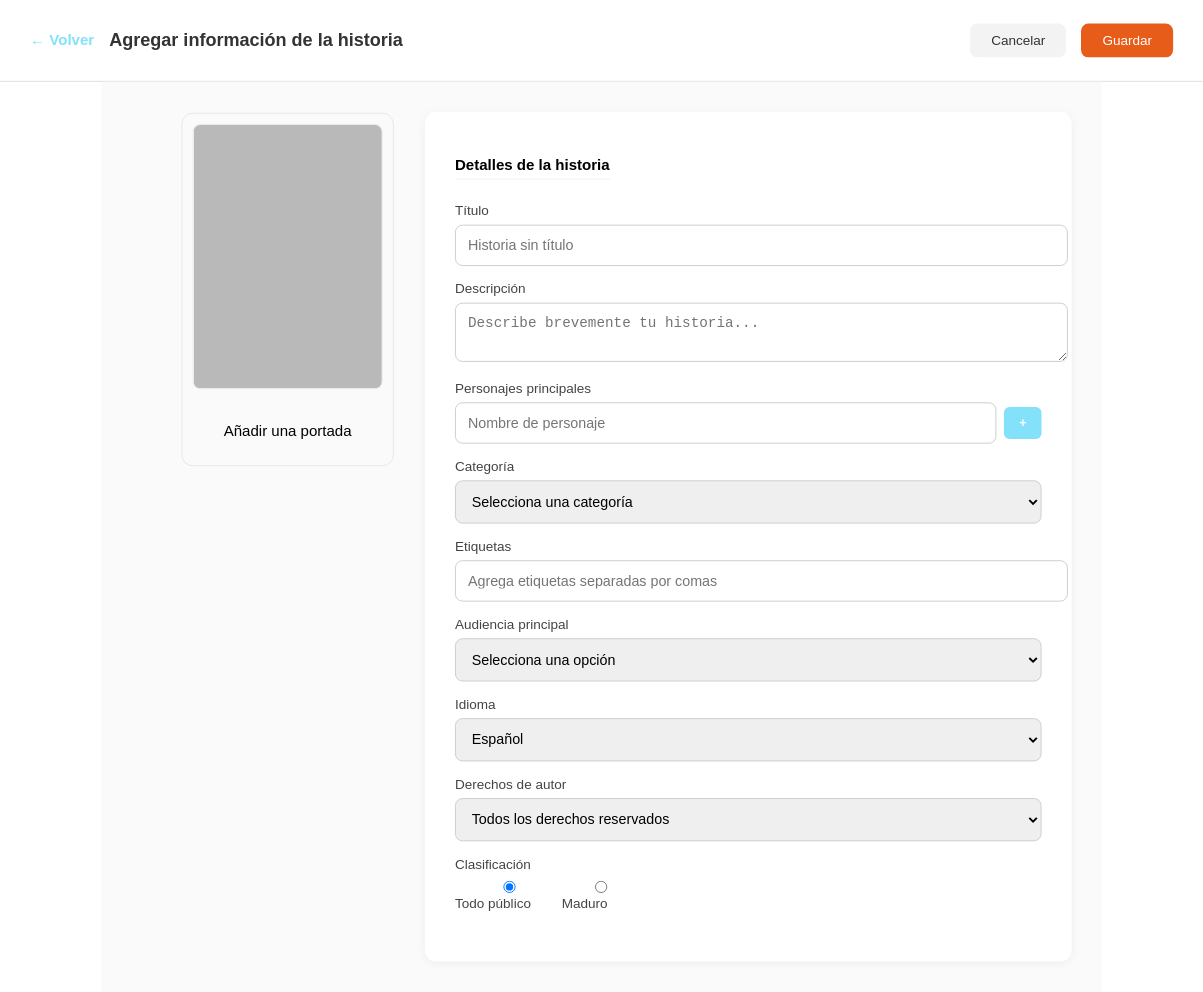
Repository: Mellowdarkl/willpig_studio
Page: .env/html_backup/indexCreti.html
These files come from the project's save history. The page is drawn as it stood at one moment and after the next save; the edit follows.
The browser window is 1280 px wide. The pictures show the whole page, at 94% of full size.
The pointer rests on the first visible `.btn-savever`.
Pictures or frames that could not be fetched are drawn as grey boxes.

Above is the page before, as saved 2025-11-11 13:24:40.

### .env/html_backup/indexCreti.html
<!DOCTYPE html>
<html lang="es">
<head>
  <meta charset="UTF-8" />
  <meta name="viewport" content="width=device-width, initial-scale=1.0" />
  <title>Crear historia | Willpig Studio</title>
  <link rel="stylesheet" href="style1.2.css" />
  <link rel="icon" type="image/x-icon" href="/public/img/img.ico/logo.ico" />
</head>
<body>

  <!-- 🧭 Barra superior -->
  <header class="story-header">
    <div class="header-left">
      <a href="/" class="back-link">← Volver</a>
      <h2>Agregar información de la historia</h2>
    </div>

    <div class="header-actions">
      <button class="btn-canceler">Cancelar</button>
      <button class="btn-savever">Guardar</button>
    </div>
  </header>

  <!--  Contenedor principal -->
  <main class="new-storys">
    <!--  Lado izquierdo: portada -->
    <div class="story-cover">

    <div class="story-cover">
      <label for="portada" class="cover-box">
        <img src="/public/img/img.ico/image-icon.png" alt="" class="cover-icon">
        <p>Añadir una portada</p>
      </label>
        <input type="file" id="portada" accept="image/*" hidden>
    </div>


    <!--  Lado derecho: formulario -->
    <form class="story-form" action="/newstory" method="POST">
      <section class="story-details">
        <h3>Detalles de la historia</h3>

        <div class="form-group">
          <label for="titulo">Título</label>
          <input type="text" id="titulo" name="titulo" placeholder="Historia sin título" required>
        </div>

        <div class="form-group">
          <label for="descripcion">Descripción</label>
          <textarea id="descripcion" name="descripcion" placeholder="Describe brevemente tu historia..."></textarea>
        </div>

        <div class="form-group">
          <label for="personajes">Personajes principales</label>
          <div class="inline-group">
            <input type="text" id="personajes" name="personajes" placeholder="Nombre de personaje">
            <button type="button" class="btn-add">+</button>
          </div>
        </div>

        <div class="form-group">
          <label for="categoria">Categoría</label>
          <select id="categoria" name="categoria">
            <option value="">Selecciona una categoría</option>
            <option value="fantasia">Fantasía</option>
            <option value="romance">Romance</option>
            <option value="aventura">Aventura</option>
            <option value="drama">Drama</option>
            <option value="infantil">Infantil</option>
          </select>
        </div>

        <div class="form-group">
          <label for="etiquetas">Etiquetas</label>
          <input type="text" id="etiquetas" name="etiquetas" placeholder="Agrega etiquetas separadas por comas">
        </div>

        <div class="form-group">
          <label for="audiencia">Audiencia principal</label>
          <select id="audiencia" name="audiencia">
            <option value="">Selecciona una opción</option>
            <option value="general">General</option>
            <option value="adolescentes">Adolescentes</option>
            <option value="adultos">Adultos</option>
          </select>
        </div>

        <div class="form-group">
          <label for="idioma">Idioma</label>
          <select id="idioma" name="idioma">
            <option value="es">Español</option>
            <option value="en">Inglés</option>
          </select>
        </div>

        <div class="form-group">
          <label for="derechos">Derechos de autor</label>
          <select id="derechos" name="derechos">
            <option value="todos">Todos los derechos reservados</option>
            <option value="compartido">Uso compartido con créditos</option>
            <option value="libre">Dominio público</option>
          </select>
        </div>

        <div class="form-group">
          <label>Clasificación</label>
          <div class="inline-group">
            <label><input type="radio" name="clasificacion" value="todo" checked> Todo público</label>
            <label><input type="radio" name="clasificacion" value="maduro"> Maduro</label>
          </div>
        </div>
      </section>
    </form>
  </main>

</body>
<script>
  const input = document.getElementById("portada");
  const label = document.querySelector(".cover-box");

  input.addEventListener("change", function() {
    const file = this.files[0];
    if (file) {
      const imgURL = URL.createObjectURL(file);
      label.innerHTML = `<img src="${imgURL}" style="width:100%; height:100%; object-fit:cover; border-radius:12px;">`;
    }
  });
</script>
</html>

### .env/html_backup/style1.2.css
/*============================ Variables CSS ========================*/
:root {
  --orange: #94d5e6;
  --light-gray: #f5f5f5;
  --text-dark: #333;
  --text-light: #fff;
  --hover-bg: #ffe7d6;
  --transition: all 0.3s ease;
  --radius: 10px;
  font-family: 'Poppins', sans-serif;
}

/* === General === */
body {
  margin: 0;
  background: var(--light-gray);
  color: var(--text-dark);
}

/* 🌞 Modo claro por defecto */
body {
  background-color: rgb(22, 22, 22);
  color: rgb(250, 250, 250);
  transition: background-color 0.5s ease, color 0.5s ease;
}


body.dark-mode {
  background-color: #121212;
  color: #f0f0f0;
}
a {
  text-decoration: none;
  color: inherit;
}
a:hover {
  color: var(--orange);
}
/* === Navbar === */
.navbar {
  display: flex;
  align-items: center;
  justify-content: space-between;
  background-color: #99d6e0;
  padding: 8px 20px;
  font-family: 'Helvetica Neue', sans-serif;
  position: relative;
  top: 0;
  z-index: 10;
  height: 50px;
  box-sizing: border-box;
}

.logo-fig img {
  max-height: 58px; /* el logo nunca será más alto que esto */
  width: auto; /* mantiene proporción */
  object-fit: contain;
  margin-right: 1px;
  display: block; /* elimina efectos de línea base */
  align-items: left;
}

.logo {
  display: flex;
  align-items: center;
  cursor: pointer;
}

.logo-text {
  font-size: 20px;
  font-weight: 600;
  color: #0c2147;
  margin-left: 5px;
}

.search-bar {
  border-radius: 3px;
  padding: 9px 15px;
  border: none;
  width: 300px;
  outline: none;
  font-size: 14px;
  margin-right: 60%;
}

.S1mMa {
  width: 12px;
  height: 12px;
  margin-left: 4px;
  vertical-align: middle;
  margin-right: 0.5px;
  align-items: 14px;

}

.nav-actions {
  display: flex;
  align-items: center;
  gap: 0.1px;
}

/* Dropdown general */
.dropdown {
  position: relative;
}

.dropdown-trigger {
  display: flex;
  align-items: center;
  gap: 0.1px;
  cursor: pointer;
}

/* Botones */
.dropbtn {
  background: none;
  border: none;
  font-size: 14px;
  cursor: pointer;
  padding: 6px 6px;
  color: var(--text-dark);
  color: #121212;
}

/* Flechas */
.S1mMa {
  width: 12px;
  height: 12px;
  vertical-align: middle;
  margin-left: 2px;
}

/* Avatar */
.avatar-sm {
  width: 32px;
  height: 32px;
  border-radius: 50%;
  object-fit: cover;
}

/* Menú desplegable */
.dropdown-content {
  position: absolute;
  top: 100%;
  right: 0;
  background-color: white;
  display: none;
  flex-direction: column;
  box-shadow: 0 2px 8px rgba(0,0,0,0.15);
  z-index: 100;
  min-width: 160px;
}

/* Mostrar al pasar el cursor */
.dropdown:hover .dropdown-content {
  display: flex;
}

/* Contenedor general */
.dropdown.profile {
  position: relative;
  display: flex;
  align-items: center;
  cursor: pointer;
}

/* Avatar */
.avatar-sm {
  width: 32px;
  height: 32px;
  border-radius: 50%;
  object-fit: cover;
}

/* Flecha */
.S1mMa {
  width: 12px;
  height: 12px;
  margin-left: 2px;
  vertical-align: middle;
}

/* Menú desplegable */
.dropdown-content {
  position: absolute;
  top: 100%;
  right: 0;
  background-color: white;
  display: none;
  flex-direction: column;
  box-shadow: 0 2px 8px rgba(0,0,0,0.15);
  z-index: 100;
  min-width: 160px;
}

/* Mostrar al pasar el cursor por el avatar o flecha */
.dropdown.profile:hover .dropdown-content {
  display: flex;
}

/* Mostrar al pasar el cursor por el trigger */
.dropdown:hover .dropdown-content {
  display: flex;
}

.modo-btn {
  background: color(srgb rgb(230, 0, 0));
  border: none;
  font-size: 22px;
  cursor: pointer;
  transition: transform 0.2s ease;
}

.modo-btn:hover {
  transform: scale(1.2);
}

.nav-actions {
  display: flex;
  align-items: center;
  gap: 1rem;
}

.dropbtn {
  background: none;
  border: none;
  color: var(--text-light);
  font-weight: 500;
  cursor: pointer;
  padding: 0.1rem 0.5rem;
  position: static;
}

.dropdown-content {
  display: none;
  position: absolute;
  background: white;
  border-radius: var(--radius);
  box-shadow: 0 2px 10px rgba(0,0,0,0.1);
}

.dropdown:hover .dropdown-content {
  display: block;
}

.dropdown-content a {
  display: block;
  padding: 0.6rem 1rem;
  color: var(--text-dark);
  text-decoration: none;
}

.dropdown-content a:hover {
  background: var(--hover-bg);
}

/* === Carrusel === */
.hero-carousel {
  position: relative;
}

.carousel {
  display: flex;
  overflow: hidden;
}

.slide {
  min-width: 100%;
  position: relative;
  transform: opacity 5s ease-in-out;
}
.slide {
  display: block;
}

.carousel {
  position: relative;
  overflow: hidden;
}

.slide {
  display: none;
  width: 100%;
  transition: opacity 1s ease-in-out;
}

.slide.active {
  display: block;
}

.slide img {
  width: 100%;
  height: 450px;
  object-fit: cover;
}

.caption {
  position: absolute;
  bottom: 5cqb;
  left: 15px;button {
  border: none;
  border-radius: 25px; /* 🔸 más redondo */
  padding: 10px 25px;
  background-color: #5fa55a;
  color: rgb(255, 255, 255);
  font-weight: 600;
  cursor: pointer;
  transition: background-color 0.3s ease, transform 0.2s ease;
}

button:hover {
  background-color: #88cc50; /* color cálido al pasar el cursor */
  transform: scale(1.05);
}

  background: none;
  color: #f0f0f0;
  padding: 0.9rem;
  border-radius: var(--radius);

}

.carousel-controls {
  position: absolute;
  top: 50%;
  width: 100%;
  display: flex;
  justify-content: space-between;
}

.carousel-controls button {
  background: rgba(44, 44, 44, 0.5);
  color: white;
  border: none;
  font-size: 1rem;
  cursor: pointer;
  border-radius: 50%;
  padding: 0.5rem 1rem;
  position: relative;
}

/* === Secciones de historias === */
.stories-section {
  margin: 2rem;
  align-items: center;
}

.stories-section h2 {
  margin-bottom: 1rem;
  margin-left: 260px; /* leve desplazamiento visual para armonía */
  font-size: 1.5rem;
}

.stories-section {
  margin: 3rem auto;
  max-width: 90%; /* limita el ancho total para que el título y libros estén alineados */
}

.scroll-container {
  display: flex;
  flex-wrap: wrap; /* permite que los libros salten a otra línea si no caben */
  justify-content: center;
  gap: 1rem;
  padding: 10px;
  overflow-x: auto; /* mantiene el scroll si hay demasiados */
  box-sizing: border-box;
  padding: 0.8rem 10px 1rem 10px;
}

.story-card {
  flex: 1 1 150px; /*  permite adaptación dinámica */
  max-width: 180px; /*  evita que crezcan demasiado */
  min-width: 140px; /*  evita que se deformen en zoom alto */
  background: white;
  border-radius: var(--radius);
  box-shadow: 0 2px 5px rgba(0, 0, 0, 0.1);
  text-align: center;
  transition: var(--transition);
  background-color: #f5f5f5;
  color: #000000;
  transition: cubic-bezier(0.075, 0.82, 0.165, 1) all 0.3s;
}


.story-card img {
  width: 100%;
  height: auto;
  border-radius: var(--radius) var(--radius) 0 0;
  object-fit: cover;
  color: #000000;
}

.story-card:hover {
  transform: scale(1.05);
}

.story-card img {
  width: 100%;
  border-radius: var(--radius) var(--radius) 0 0;
  height: 220px;
  object-fit: cover;
}

.leer_story {
  margin-top: 10px;
  margin-bottom: 10px;
  border: none;
  border-radius: 15px; /* 🔸 más redondo */
  padding: 10px 25px;
  background-color: #5fa55a;
  color: rgb(255, 255, 255);
  font-weight: 600;
  cursor: pointer;
  transition: background-color 0.3s ease, transform 0.2s ease;
}
.leer_story:hover {
  background-color: #88cc50; /* color cálido al pasar el cursor */
  transform: scale(1.05);
}

.navbar:hover .dropbtn {
  color: var(--text-bright);
}
.story-card h3 {
  margin: 0.5rem 0;
  font-size: 1rem;
  color: var(--text-dark);
  color: #ffffff;
  transition: all 0.3s ease;
  background-color: #000000;
}
.scroll-btn {
  position: absolute;
  top: 35%;
  background: rgba(255,255,255,0.8);
  border: none;
  font-size: 1.5rem;
  cursor: pointer;
  border-radius: 50%;
  padding: 0.3rem 0.6rem;
  transition: var(--transition);
}

.scroll-btn:hover {
  background: var(--orange);
  color: rgb(201, 13, 13);
}

.scroll-btn.left { left: -5px; }
.scroll-btn.right { right: -5px; }

/* === Historia destacada === */
.featured-story {
  display: flex;
  margin: 3rem 2rem;
  background: white;
  border-radius: var(--radius);
  overflow: hidden;
  background-color: rgb(255, 255, 255);
  color: black;
  transition: background-color 0.5s ease, color 0.5s ease;
  border: #f0f0f0 1px solid;
}

.featured-story img {
  width: 50%;
  object-fit: cover;
}

.featured-story .info {
  padding: 2rem;
}

/* === Footer === */
footer {
  background: #ffffff;
  text-align: center;
  padding: 2rem;
  font-size: 0.9rem;
  color: #012464;
}

.footer-links {
  display: flex;
  justify-content: center;
  gap: 1.5rem;
  flex-wrap: wrap;
  margin-bottom: 0.8rem;

}

.footer-links a {
  color: #444;
  text-decoration: none;
}

.footer-links a:hover {
  text-decoration: underline;
}

.footer-links {
  padding: 0px 20px;
}

.footer-links {
  max-width: 600px;
  margin: 0 auto;
}

.scroll-container {
  display: flex;
  justify-content: center; /* Centra horizontalmente */
  align-items: center;     /* Centra verticalmente */
  flex-wrap: wrap;         /* Para que salten de línea si hay muchas */
  gap: 1.5rem;             /* Espaciado entre tarjetas */
  padding: 20px;
}

.theme-color {
  background: #99d6e0;
  border: none;
  color: var(--text-light);
  font-weight: 100;
  cursor: pointer;
}

body {
  background-color: white;
  color: black;
  transition: background-color 0.5s ease, color 0.5s ease;
}

body.dark-mode {
  background-color: black;
  color: white;
}
body.dark-mode .featured-story {
  background-color: #1c1c1c;
  color: #f0f0f0;
}
/*=======Final pagina principal======*/

/* ======= FORMULARIO DE REGISTRO ======= */
html, body {
  margin: 0;
  padding: 0;
}

.register-container-igm {
  display: flex;
  justify-content: center;
  align-items: center;
  height: 100vh;
  background-image: url('/public/img/img.ico/fondo_register.jpg'); /* ✅ sin /public */
  background-size: cover;
  background-position: center;
}

.logo-LTRA {
  position: absolute;
  top: 40px ;
  left: 460px;
}

.logo-LTRA img {
  height: 80px;
}

.register-card {
  background: rgba(255, 255, 255, 0.96);
  padding: 2.5rem;
  border-radius: 15px;
  box-shadow: 0 4px 20px rgba(0,0,0,0.20);
  width: 100%;
  max-width: 420px;
  text-align: center;
  backdrop-filter: blur(6px);
}

.register-card h1 {
  font-size: 1.8rem;
  margin-bottom: 1rem;
  color: var(--accent-color, #f39135);
}

.register-form .form-group {
  text-align: left;
  margin-bottom: 1.2rem;
}

.register-form input {
  width: 100%; /* ✅ ya no corta el ancho */
  padding: 0.8rem;
  border: 1px solid #ccc;
  border-radius: 8px;
  font-size: 1rem;
}

.register-form input:focus {
  border-color: var(--accent-color, #f39135);
  box-shadow: 0 0 4px rgba(243,115,53,0.3);
}

/* Botón */
.btn-register {
  background-color: #040225;
  color: white;
  border: none;
  width: 100%;
  padding: 0.9rem;
  border-radius: 10px;
  cursor: pointer;
}

.btn-register:hover {
  background-color: #3d3d3d;
}

/* Link de login */
.login-link a {
  color: #040225;
  font-weight: 600;
  text-decoration: none;
}

.login-link a:hover {
  text-decoration: underline;
}

/*=======Final formulario de registro======*/

/* ====== FORMULARIO DE LOGIN ====== */
main.loginIn-container .btn-loginIn {
  /* estilos aquí */
  .loginIn-container {
  display: flex;
  justify-content: center;
  align-items: center;

}
.loginPin-card {
  background: #fff;
  padding: 2.5rem;
  border-radius: 15px;
}
  box-shadow: 0 4px 20px rgba(0,0,0,0.08);
  width: 100%;
  max-width: 420px;
  text-align: center;


}
html, body {
  margin: 0;
  padding: 0;
}
.register-container {
  display: flex;
  justify-content: center;
  align-items: center;
  margin-left: auto;
  margin-right: 40vh;
}

.loginIn-container {
  display: flex;
  justify-content: center;
  align-items: center;
  height: 100vh;
  background-color: var(--background-color, #fff);
  left: 400vh;
}

.loginPin-card {
  background: #fff;
  padding: 2.5rem;
  border-radius: 15px;
  box-shadow: 0 4px 20px rgba(0,0,0,0.08);
  width: 100%;
  max-width: 420px;
  text-align: center;
  left: 400vh;
}

.loginPin-card h1 {
  font-size: 1.8rem;
  margin-bottom: 1rem;
  color: var(--accent-color, #f37335);
}

/* ====== LOGIN ESTILO POCKET ====== */
.login-pocketIN {
  display: flex;
  height: 100vh;
  background-color: #fff;
}

/* Lado izquierdo con imagen */
.login-visual {
  flex: 1;
  background-color: #fafafa;
  display: flex;
  justify-content: center;
  align-items: center;
  padding: 2rem;
}

.login-visual img {
  width: 90%;
  max-width: 600px;
  border-radius: 10px;
  box-shadow: 0 4px 30px rgba(0, 0, 0, 0.1);
}

/* Lado derecho con formulario */
.login-form-section {
  flex: 1;
  display: flex;
  justify-content: center;
  align-items: center;
  padding: 2rem;
}

.login-box {
  width: 90%;
  max-width: 400px;
  text-align: center;
}

.login-box h1 {
  color: var(--accent-color, #f39135);
  font-size: 1.8rem;
  margin-bottom: 3rem;
}

.login-box p {
  color: #666;
  margin-bottom: 1.5rem;
}

.form-login .form-group {
  text-align: left;
  margin-bottom: 1rem;
}

.form-login label {
  display: block;
  font-size: 0.9rem;
  color: #444;
  margin-bottom: 0.3rem;
}

.form-login input {
  width: 88%;
  padding: 0.8rem;
  border: 1px solid #ccc;
  border-radius: 8px;
  font-size: 1rem;
  outline: none;
  transition: 0.3s;
}

.form-login input:focus {
  border-color: var(--accent-color, #f37335);
  box-shadow: 0 0 5px rgba(243,115,53,0.3);
}

.btn-login-pocket {
  background-color: var(--accent-color, #070658);
  color: white;
  border: none;
  border-radius: 8px;
  width: 80%;
  padding: 0.9rem;
  font-size: 1rem;
  cursor: pointer;
  transition: background 0.3s ease;
}

.btn-login-pocket:hover {
  background-color: #303030;
}

.forgot {
  display: block;
  margin-top: 0.8rem;
  color: #1d1d1d;
  font-size: 1rem;
  text-decoration: none;
}

.divider {
  margin: 1.5rem 0;
  position: relative;
  text-align: center;
  color: #aaa;
}

.divider::before, .divider::after {
  content: "";
  position: absolute;
  top: 50%;
  width: 40%;
  height: 1px;
  background-color: #ddd;
}

.divider::before { left: 0; }
.divider::after { right: 0; }

.social-login {
  display: flex;
  flex-direction: column;
  gap: 0.7rem;
}

.social-btn {
  border: 1px solid #ddd;
  border-radius: 8px;
  padding: 0.8rem;
  background-color: #fff;
  cursor: pointer;
  transition: background 0.3s;
}

.social-btn:hover {
  background-color: #f8f8f8;
}

.google { color: #252525; }
/*
.telefono { color: #000; }
.facebook { color: #e66000; }
*/
social-btn google img {
  width: 20px;
  height: 20px;
  vertical-align: middle;
  margin-right: 12px;
  gap: 10px;
  padding: 0.5rem 1rem;
}
.register-text {
  margin-top: 1.5rem;
  font-size: 0.9rem;
}

.register-text a {
  color: var(--accent-color, #f37335);
  font-weight: 500;
  text-decoration: none;
}

.register-text a:hover {
  text-decoration: underline;
}

/* Responsivo */
@media (max-width: 850px) {
  .login-pocket {
    flex-direction: column;
    height: auto;
  }

  .login-visual {
    display: none;
  }

  .login-form-section {
    padding: 3rem 1rem;
  }
}

/* ====== OPCIONES EXTRA DEL LOGIN ====== */
.form-options {
  text-align: left;
  margin: 0.5rem 0 1rem;
  font-size: 0.9rem;
  color: #555;
}

.form-options input[type="checkbox"] {
  margin-right: 0.4rem;
  accent-color: var(--accent-color, #f37335);
}

/* ====== FORMULARIO DE NOTIFICACIÓN ====== */
.story-header {
  display: flex;
  justify-content: space-between;
  align-items: center;
  background: #fff;
  border-bottom: 1px solid #ddd;
  padding: 1rem 2rem;
}

.story-header .header-left {
  display: flex;
  align-items: center;
  gap: 1rem;
}

.story-header h2 {
  font-size: 1.2rem;
  color: #333;
}

.back-link {
  color: var(--accent-color, #83e2fa);
  text-decoration: none;
  font-weight: bold;
}

.header-actions {
  display: flex;
  gap: 1rem;
}

.btn-canceler, .btn-savever {
  padding: 0.6rem 1.4rem;
  border-radius: 8px;
  font-size: 0.9rem;
  border: none;
  cursor: pointer;
  transition: 0.3s;
}

.btn-canceler {
  background: #f3f3f3;
  color: #333;
}

.btn-canceler:hover { background: #e5e5e5; }

.btn-savever {
  background: var(--accent-color, #83e2fa);
  color: white;
}

.btn-savever:hover { background: #e85c1a; }

/* Layout general */
.new-storys {
  display: flex;
  padding: 2rem;
  gap: 2rem;
  background: #fafafa;
  margin: auto;
  max-width: 1000px;
}


/* Portada */
.story-cover {
  flex: 1;
  display: flex;
  justify-content: center;
  align-items: flex-start;
}

.cover-box {
  text-align: center;
  position: relative;
  left: 10px;
  top: 1px;
  border: 0.1px solid #e7e7e7;
  padding: 0.7rem;
  border-radius: 12px;
  box-shadow: 0 2px 10px rgba(255, 255, 255, 0.1);
}

.story-cover {
  width: 200px;
  display: flex;
  justify-content: center;
}
/*
.cover-box {
  width: 56%;
  height: 300px;
  background: #ededed;
  border-radius: 7px;
  border: 1px dashed #e9e9e9;
  display: flex;
  flex-direction: column;
  justify-content: center;
  align-items: center;
  color: #b3b3b3;
  cursor: pointer;
}
*/
.cover-box:hover {
  border-color: var(--accent-color, #e7e7e7);
  background: #fafafa;
}

.cover-icon {
  width: 20px;
  opacity: 0.7;
}


.coverPreview {
  margin-bottom: 1rem;
  position: absolute 0;
  top: 0;
  left: 0;
}

.btn-upload- {
  display: none;
  position: relative;
  top: 0;
  left: 0;
  z-index: 1;
}
.cover-box img {
  width: 200px;
  height: 280px;
  border: 1px solid #ddd;
  border-radius: 8px;
  object-fit: cover;
  margin-bottom: 1rem;
}

.btn-upload {
  background: #f3f3f3;
  border-radius: 8px;
  padding: 0.6rem 1rem;
  cursor: pointer;
  color: #333;
  font-size: 0.9rem;
}

.btn-upload:hover {
  background: #e5e5e5;
}

/* Formulario */
.story-form {
  flex: 2;
  background: #fff;
  padding: 2rem;
  border-radius: 12px;
  box-shadow: 0 2px 10px rgba(0,0,0,0.05);
}

.story-details h3 {
  font-size: 1rem;
  margin-bottom: 1.6rem;
  border-bottom: 1px solid var(--accent-color, #f0f0f0);
  display: inline-block;
  padding-bottom: 0.3rem;
}

.form-group {
  margin-bottom: 1rem;
}

.form-group label {
  display: block;
  margin-bottom: 0.4rem;
  font-size: 0.9rem;
  color: #444;
}

.form-group input,
.form-group textarea,
.form-group select {
  width: 100%;
  padding: 0.8rem;
  border: 1px solid #ccc;
  border-radius: 8px;
  font-size: 0.95rem;
  outline: none;
}

.inline-group {
  display: flex;
  gap: 0.5rem;
  align-items: center;
}

.btn-add {
  padding: 0.6rem 1rem;
  background: var(--accent-color, #83e2fa);
  border: none;
  color: #fff;
  border-radius: 6px;
  cursor: pointer;
  font-weight: bold;
}

.btn-add:hover {
  background: #83e2fa;
}

/* Responsivo */
@media (max-width: 900px) {
  .new-story {
    flex-direction: column;
    padding: 1rem;
  }

  .story-form {
    padding: 1.5rem;
  }
}

After the next save:
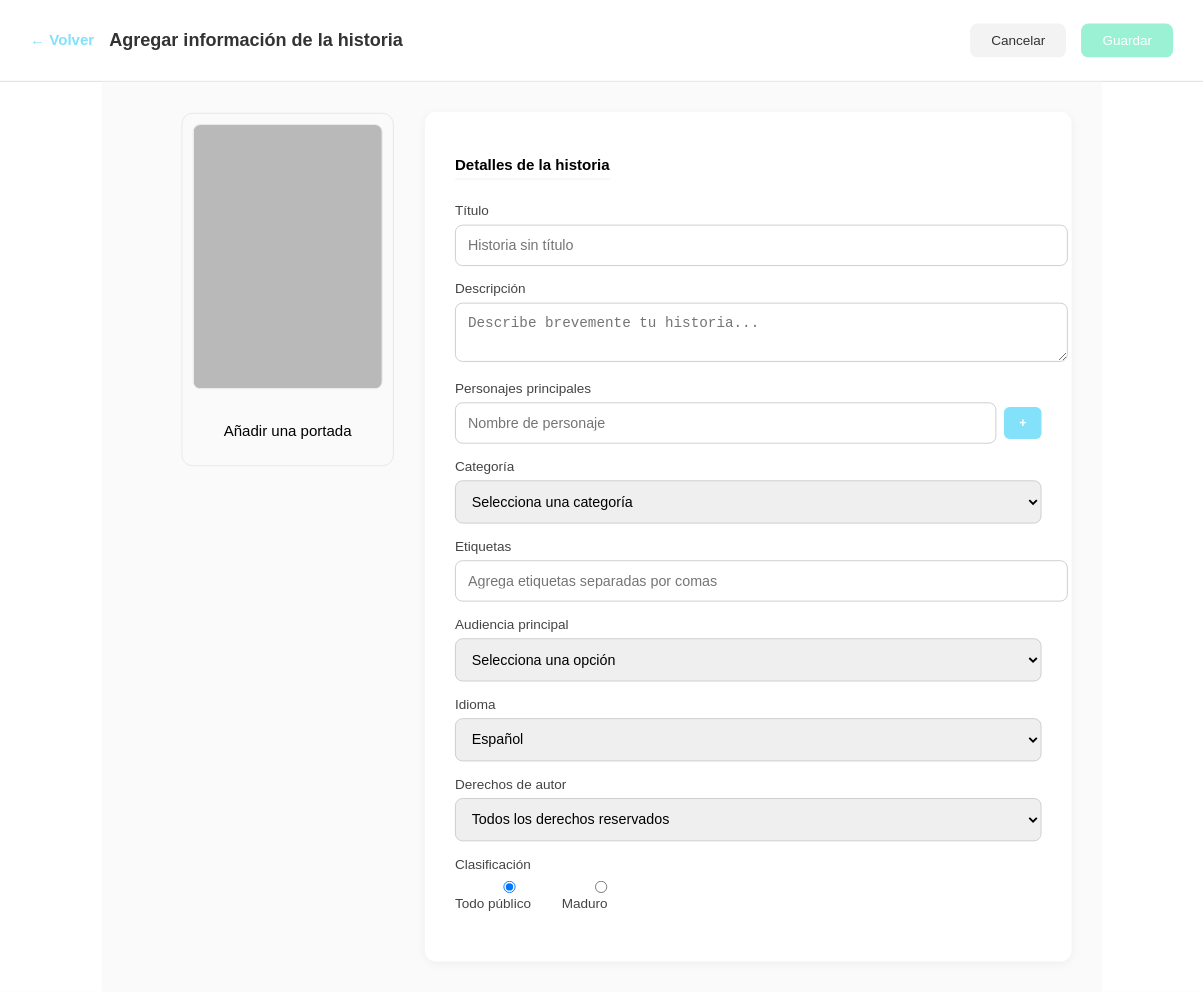
Saved 14 s later.
--- a/.env/html_backup/style1.2.css
+++ b/.env/html_backup/style1.2.css
@@ -937,7 +937,7 @@ social-btn google img {
   color: white;
 }
 
-.btn-savever:hover { background: #e85c1a; }
+.btn-savever:hover { background: #9af1d4; }
 
 /* Layout general */
 .new-storys {
